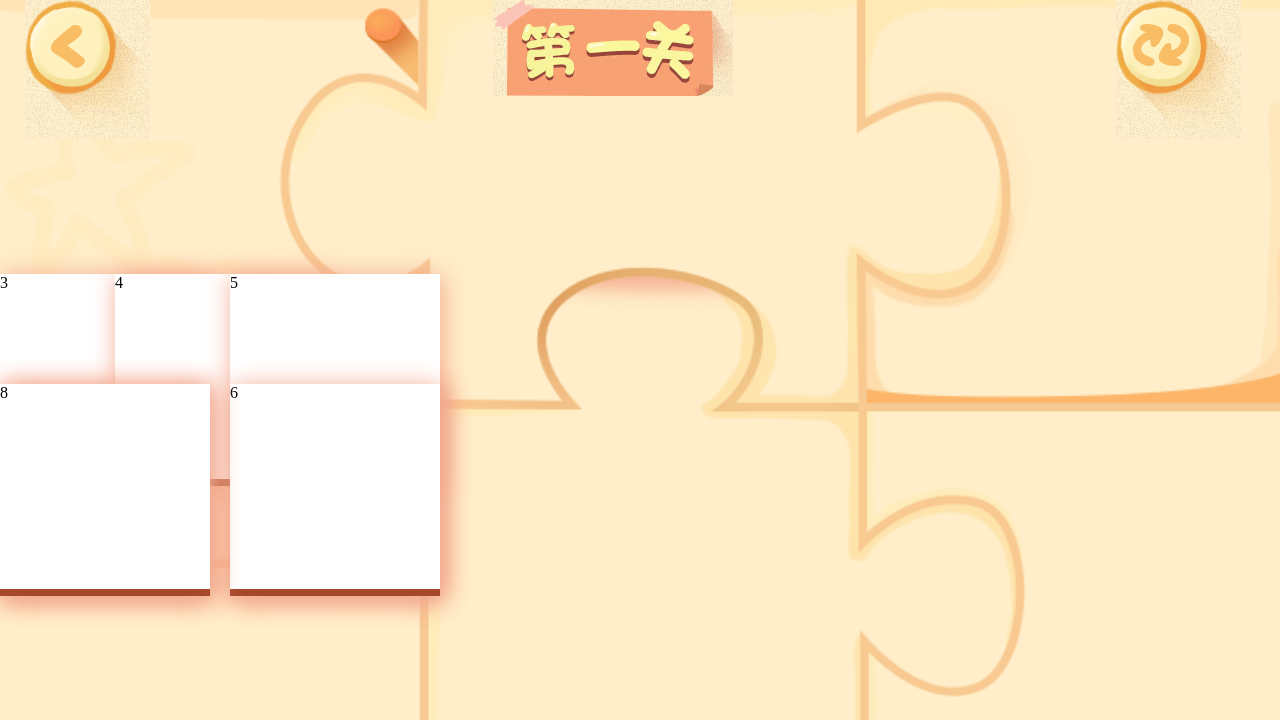
Repository: RedrockTeam/China-map-puzzle
Page: /#/second
These files come from the project's save history. The page is drawn as it stood at one moment and after the next save; the edit follows.
The browser window is 1280 px wide. The pictures show the whole page.
Some web fonts or font styles are not loaded; a fallback is used. The project was rebuilt for these pictures with package versions that can differ from the ones it lists, and the page was loaded fresh each time. Also part of the build but not shown: vue.config.js, src/network/request.js, src/views/home.vue, src/views/pass.vue, src/components/dialog.vue, src/views/first.vue, src/views/third.vue, src/views/forth.vue.

Above is the page before, as saved 2019-09-25 23:45:14.

After the next save:
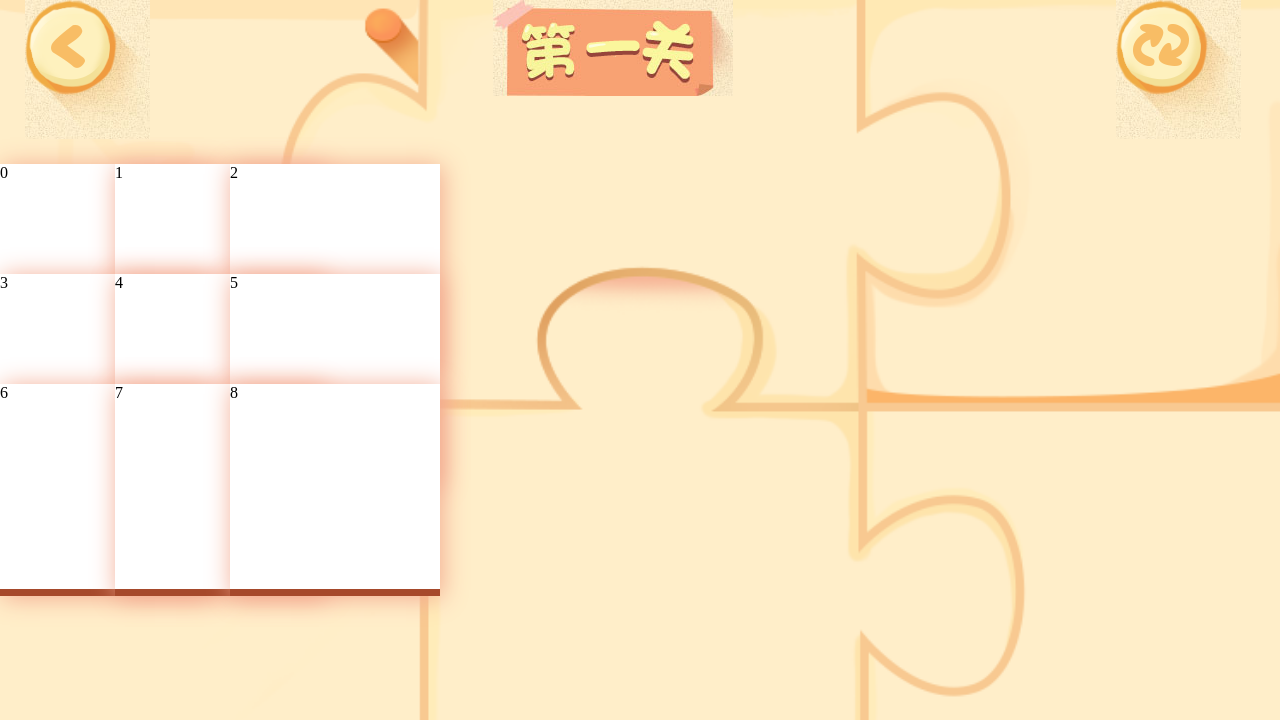
Saved 23 s later.
--- a/src/views/second.vue
+++ b/src/views/second.vue
@@ -109,9 +109,11 @@
         let a = Math.floor(Math.random() * 9);
         let b = Math.floor(Math.random() * 9);
         if (a != b) {
-          if (-1 !== arr.indexOf(a) && -1 !== arr.indexOf(b)) arr.push(a);
-          arr.push(b);
-          this.$options.methods.change(a, b, pics);
+          if (-1 !== arr.indexOf(a) && -1 !== arr.indexOf(b)) {
+            arr.push(a);
+            arr.push(b);
+            this.$options.methods.change(a, b, pics);
+          }
         }
       }
     },
